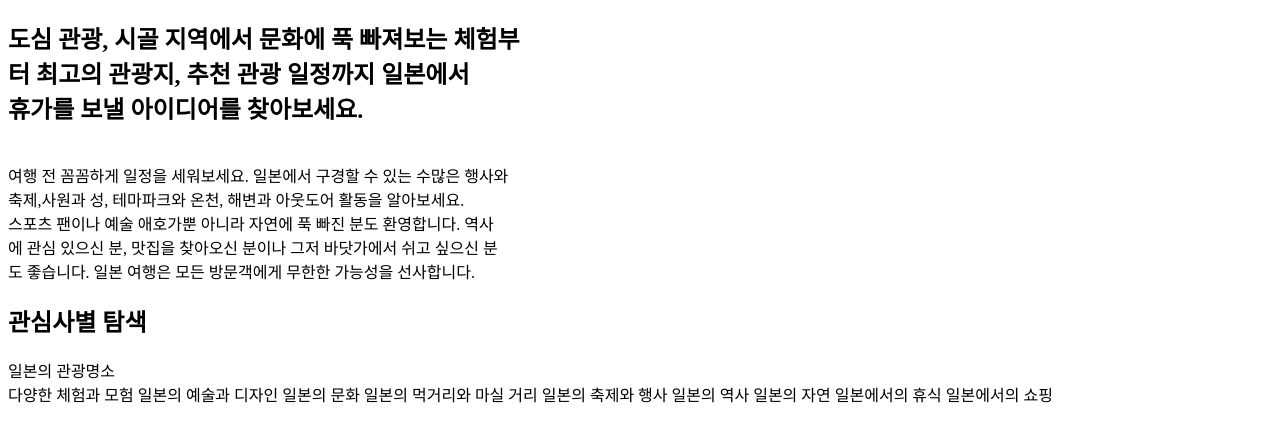
Repository: jaehyeon0418/workspace123
Page: w1024/src/main/webapp/w1024_03.html
An editor plug-in stored every save of this project. The page is shown before and after the next save, followed by the edit.
The browser window is 1280 px wide. The pictures show the whole page.

Above is the page before, as saved 2022-10-24 02:14:51.

After the next save:
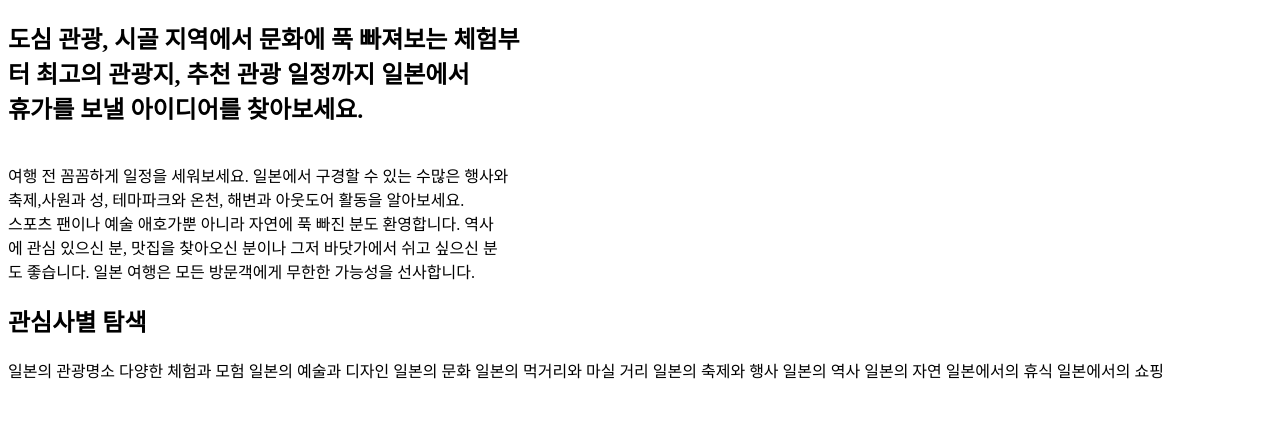
Saved 11 s later.
--- a/w1024/src/main/webapp/w1024_03.html
+++ b/w1024/src/main/webapp/w1024_03.html
@@ -13,7 +13,7 @@
 </div>
 <h2>관심사별 탐색</h2>
 
-<span>일본의 관광명소</span><br><span>다양한 체험과 모험</span>
+<span>일본의 관광명소</span> <span>다양한 체험과 모험</span>
 <span>일본의 예술과 디자인</span>
 <span>일본의 문화</span>
 <span>일본의 먹거리와 마실 거리</span>
